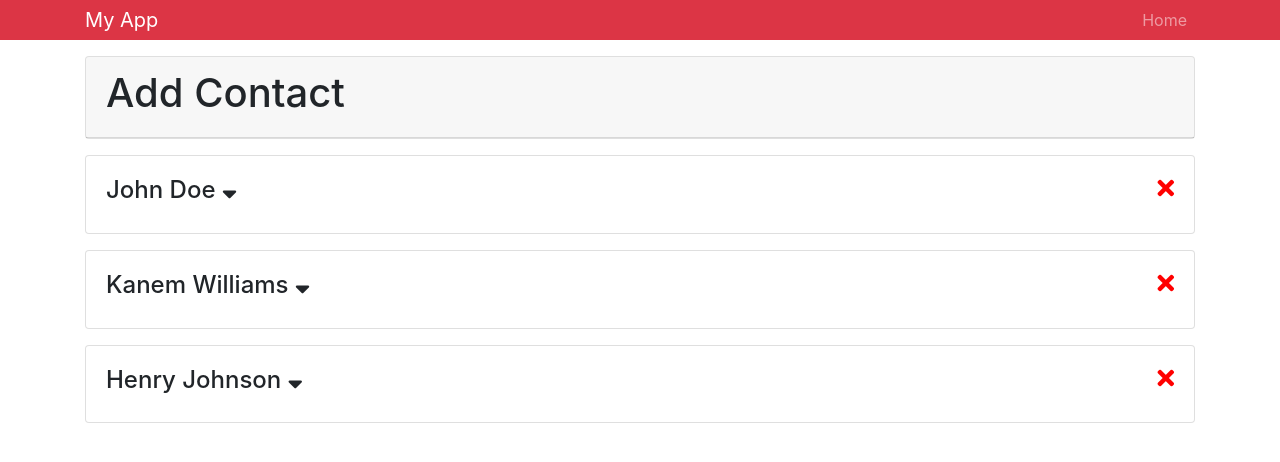
Repository: Mtbwka/contactmanager
Page: /about
An editor plug-in stored every save of this project. The page is shown before and after the next save, followed by the edit.
The browser window is 1280 px wide. The pictures show the whole page.
Some web libraries are served in a nearby version. The project was rebuilt for these pictures with package versions that can differ from the ones it lists, and the page was loaded fresh each time.

Above is the page before, as saved 2019-05-08 17:54:00.

### public/index.html
<!DOCTYPE html>
<html lang="en">
  <head>
    <meta charset="utf-8" />
    <link rel="shortcut icon" href="%PUBLIC_URL%/favicon.ico" />
    <meta
      name="viewport"
      content="width=device-width, initial-scale=1, shrink-to-fit=no"
    />
    <meta name="theme-color" content="#000000" />
    <link rel="stylesheet" href="https://use.fontawesome.com/releases/v5.1.1/css/all.css" integrity="sha384-O8whS3fhG2OnA5Kas0Y9l3cfpmYjapjI0E4theH4iuMD+pLhbf6JI0jIMfYcK3yZ" crossorigin="anonymous">
    <!--
      manifest.json provides metadata used when your web app is installed on a
      user's mobile device or desktop. See https://developers.google.com/web/fundamentals/web-app-manifest/
    -->
    <link rel="manifest" href="%PUBLIC_URL%/manifest.json" />
    <!--
      Notice the use of %PUBLIC_URL% in the tags above.
      It will be replaced with the URL of the `public` folder during the build.
      Only files inside the `public` folder can be referenced from the HTML.

      Unlike "/favicon.ico" or "favicon.ico", "%PUBLIC_URL%/favicon.ico" will
      work correctly both with client-side routing and a non-root public URL.
      Learn how to configure a non-root public URL by running `npm run build`.
    -->
    <title>React App</title>
  </head>
  <body>
    <noscript>You need to enable JavaScript to run this app.</noscript>
    <div id="root"></div>
    <!--
      This HTML file is a template.
      If you open it directly in the browser, you will see an empty page.

      You can add webfonts, meta tags, or analytics to this file.
      The build step will place the bundled scripts into the <body> tag.

      To begin the development, run `npm start` or `yarn start`.
      To create a production bundle, use `npm run build` or `yarn build`.
    -->
  </body>
</html>

### src/App.js
import React, { Component } from 'react';
import Contacts from './components/contacts/Contacts';
import Header from './components/layout/Header';
import AddContact from './components/contacts/AddContact';
import { Provider } from './context';

import 'bootstrap/dist/css/bootstrap.min.css';

class App extends Component {
  render() {
    return (
      <Provider>
        <div className='App'>
          <Header />
          <div className='container'>
            <AddContact />
            <Contacts />
          </div>
        </div>
      </Provider>
    );
  }
}

export default App;

### src/components/contacts/Contacts.js
import React, { Component } from 'react';
import Contact from './Contact.js';
import { Consumer } from '../../context';

class Contacts extends Component {
  render() {
    return (
      <Consumer>
        {value => {
          return (
            <React.Fragment>
              {value.contacts.map(contact => (
                <Contact key={contact.id} contact={contact} />
              ))}
            </React.Fragment>
          );
        }}
      </Consumer>
    );
  }
}

export default Contacts;

### src/components/layout/Header.js
import React from 'react';
import PropTypes from 'prop-types';

// export default function Header() {
//   return <div />;
// }

const Header = props => {
  const { branding } = props;
  return (
    <nav className="navbar navbar-expand-sm navbar-dark bg-danger mb-3 py-0">
      <div className="container">
        <a href="/" className="navbar-brand">{branding}</a>
        <div>
          <ul className="navbar-nav mr-auto">
            <li className="nav-item">
              <a href="/" className="nav-link">Home</a>
            </li>
          </ul>
        </div>
      </div>
    </nav>
  );
};

Header.defaultProps = {
  branding: 'My App'
};

Header.propTypes = {
  branding: PropTypes.string.isRequired
};

export default Header;

### src/components/contacts/AddContact.js
import React, { Component } from 'react';

class AddContact extends Component {
  state = {
    name: '',
    email: '',
    phone: ''
  };

  render() {
    return (
      <div className='card mb-3'>
        <div className='card-header'>
          <h1>Add Contact</h1>
        </div>
      </div>
    );
  }
}

export default AddContact;

### src/context.js
import React, { Component } from 'react';

const Context = React.createContext();

const reducer = (state, action) => {
  switch (action.type) {
    case 'DELETE_CONTACT':
      return {
        ...state,
        contacts: state.contacts.filter(
          contact => contact.id !== action.payload
        )
      };
    default:
      return state;
  }
};

export class Provider extends Component {
  state = {
    contacts: [
      {
        id: 1,
        name: 'John Doe',
        email: 'jdoe@gmail.com',
        phone: '555-555-5555'
      },
      {
        id: 2,
        name: 'Kanem Williams',
        email: 'karen@gmail.com',
        phone: '222-222-2222'
      },
      {
        id: 3,
        name: 'Henry Johnson',
        email: 'henry@gmail.com',
        phone: '111-111-1111'
      }
    ],
    dispatch: action => this.setState(state => reducer(state, action))
  };

  render() {
    return (
      <Context.Provider value={this.state}>
        {this.props.children}
      </Context.Provider>
    );
  }
}

export const Consumer = Context.Consumer;

### src/components/contacts/Contact.js
import React, { Component } from 'react';
import PropTypes from 'prop-types';
import { Consumer } from '../../context';

class Contact extends Component {
  state = {
    showContactInfo: false
  };

  onDeleteClick = (id, dispatch) => {
    dispatch({ type: 'DELETE_CONTACT', payload: id });
  };

  render() {
    const { id, name, email, phone } = this.props.contact;
    const { showContactInfo } = this.state;

    return (
      <Consumer>
        {value => {
          const { dispatch } = value;
          return (
            <div className='card card-body mb-3'>
              <h4>
                {name}{' '}
                <i
                  onClick={() =>
                    this.setState({
                      showContactInfo: !this.state.showContactInfo
                    })
                  }
                  className='fas fa-sort-down'
                  style={{ cursor: 'pointer' }}
                />
                <i
                  className='fas fa-times'
                  style={{ float: 'right', cursor: 'pointer', color: 'red' }}
                  onClick={this.onDeleteClick.bind(this, id, dispatch)}
                />
              </h4>
              {showContactInfo ? (
                <ul className='list-group'>
                  <li className='list-group-item'>Email:{email}</li>
                  <li className='list-group-item'>Phone:{phone}</li>
                </ul>
              ) : null}
            </div>
          );
        }}
      </Consumer>
    );
  }
}

Contact.propTypes = {
  contact: PropTypes.object.isRequired
};
export default Contact;

Loaded but not shown: src/index.js (common file); src/serviceWorker.js (common file)

After the next save:
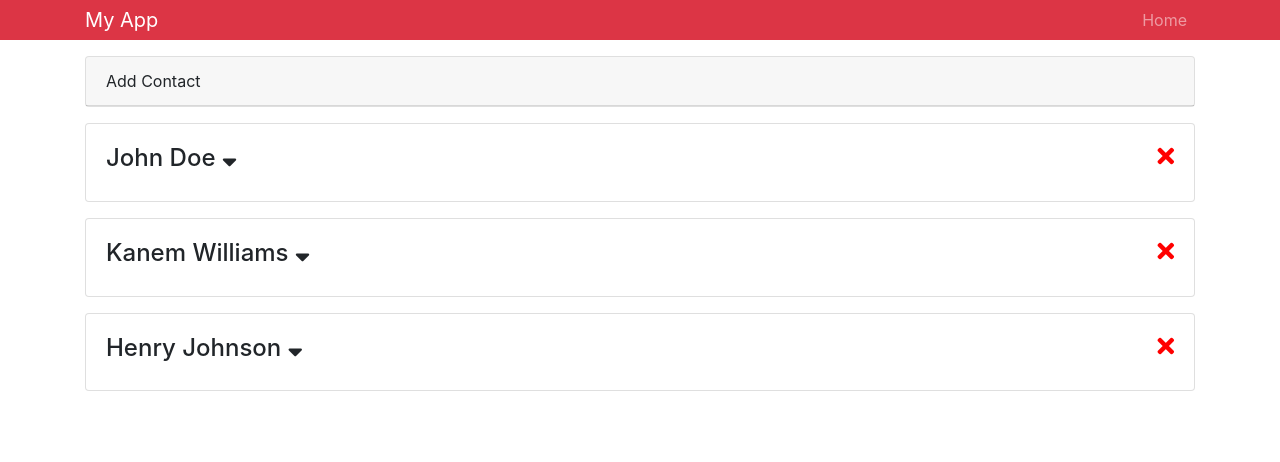
Saved 14 s later.
--- a/src/components/contacts/AddContact.js
+++ b/src/components/contacts/AddContact.js
@@ -10,9 +10,7 @@ class AddContact extends Component {
   render() {
     return (
       <div className='card mb-3'>
-        <div className='card-header'>
-          <h1>Add Contact</h1>
-        </div>
+        <div className='card-header'>Add Contact</div>
       </div>
     );
   }
